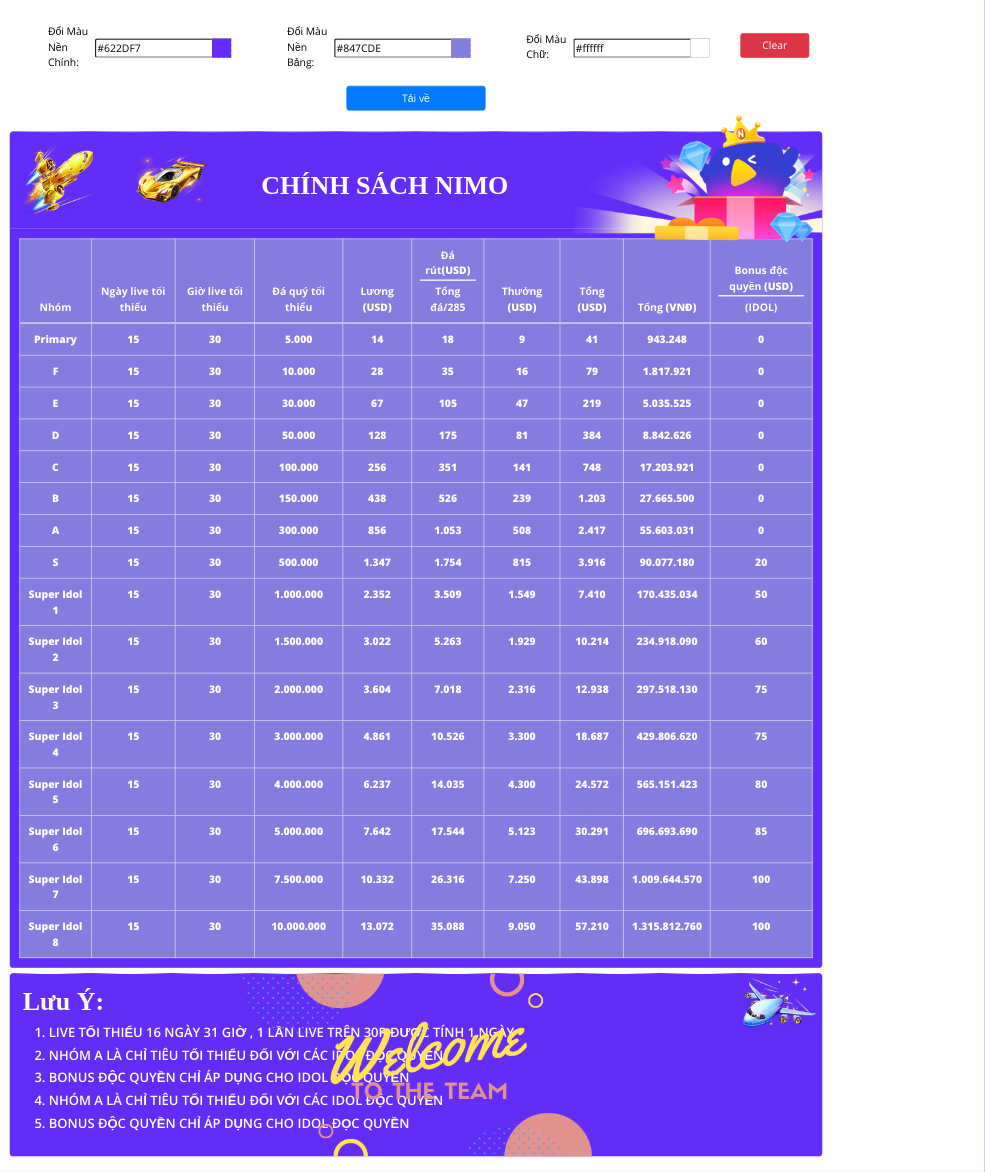
Repository: dav1601/nimo-work
Page: index.html
These files come from the project's save history. The page is drawn as it stood at one moment and after the next save; the edit follows.
The browser window is 1280 px wide. The page is 1515 px wide, so the pictures cover 1515 px, including what lies to the right of the window. The pictures show the whole page, at 65% of full size.

Above is the page before, as saved 2022-04-15 21:24:11.

### index.html
<!DOCTYPE html>
<html lang="en">

<head>
    <meta charset="UTF-8">
    <meta http-equiv="X-UA-Compatible" content="IE=edge">
    <meta name="viewport" content="width=device-width, initial-scale=1.0">
    <link rel="icon"
        href="https://res.cloudinary.com/vanh-tech/image/upload/v1649967750/201907151563178378869_1599513750510_avatar-2_hbsqzz.png"
        type="image/png">
    <link rel="stylesheet" href="https://cdn.jsdelivr.net/npm/bootstrap@4.6.1/dist/css/bootstrap.min.css"
        integrity="sha384-zCbKRCUGaJDkqS1kPbPd7TveP5iyJE0EjAuZQTgFLD2ylzuqKfdKlfG/eSrtxUkn" crossorigin="anonymous">
    <link rel="stylesheet" href="./Coloris-main/dist/coloris.min.css">
    <script src="https://cdn.jsdelivr.net/npm/jquery@3.5.1/dist/jquery.slim.min.js"
        integrity="sha384-DfXdz2htPH0lsSSs5nCTpuj/zy4C+OGpamoFVy38MVBnE+IbbVYUew+OrCXaRkfj"
        crossorigin="anonymous"></script>
    <script src="https://cdn.jsdelivr.net/npm/popper.js@1.16.1/dist/umd/popper.min.js"
        integrity="sha384-9/reFTGAW83EW2RDu2S0VKaIzap3H66lZH81PoYlFhbGU+6BZp6G7niu735Sk7lN"
        crossorigin="anonymous"></script>
    <script src="https://cdn.jsdelivr.net/npm/bootstrap@4.6.1/dist/js/bootstrap.min.js"
        integrity="sha384-VHvPCCyXqtD5DqJeNxl2dtTyhF78xXNXdkwX1CZeRusQfRKp+tA7hAShOK/B/fQ2"
        crossorigin="anonymous"></script>
    <script src="https://cdnjs.cloudflare.com/ajax/libs/jquery/3.6.0/jquery.min.js"
        integrity="sha512-894YE6QWD5I59HgZOGReFYm4dnWc1Qt5NtvYSaNcOP+u1T9qYdvdihz0PPSiiqn/+/3e7Jo4EaG7TubfWGUrMQ=="
        crossorigin="anonymous" referrerpolicy="no-referrer"></script>
    <script src="https://cdnjs.cloudflare.com/ajax/libs/html2canvas/1.4.1/html2canvas.min.js"
        integrity="sha512-BNaRQnYJYiPSqHHDb58B0yaPfCu+Wgds8Gp/gU33kqBtgNS4tSPHuGibyoeqMV/TJlSKda6FXzoEyYGjTe+vXA=="
        crossorigin="anonymous" referrerpolicy="no-referrer"></script>
    <script src="./Coloris-main/dist/coloris.min.js"></script>


    <title>Chính sách Nimo</title>
</head>

<body>
    <script>
        $(function () {
            $("#color-1").val("#622DF7");
            $("#color-2").val("#847CDE");
            $("#color-3").val("#ffffff");
            $(document).on('change', "#color-1", function () {
                document.documentElement.style.setProperty('--bg-main', $(this).val());
            });
            $(document).on('change', "#color-2", function () {
                document.documentElement.style.setProperty('--bg-table', $(this).val());
            });
            $(document).on('change', "#color-3", function () {
                document.documentElement.style.setProperty('--text-color', $(this).val());
            });
            $("#clear").click(function (e) {
                e.preventDefault();
                $("#color-1").val("#622DF7").change();
                $("#color-2").val("#847CDE").change();
                $("#color-3").val("#ffffff").change();


            });
            Coloris({
                el: '.coloris',
                format: 'hex',
                theme: 'large',
                themeMode: 'dark',
                clearButton: {
                    show: true,
                    label: 'Clear'
                },
            });
            const main = document.documentElement.style.setProperty('--bg-main', '#622DF7');
            const table = document.documentElement.style.setProperty('--bg-table', '#847CDE');
            const text = document.documentElement.style.setProperty('--text-color', '#ffffff');
            $("#down").click(function () {
                html2canvas(document.getElementById("export")).then(function (canvas) {
                    var anchorTag = document.createElement("a");
                    document.body.appendChild(anchorTag);
                    anchorTag.download = "nimo-thuy-do.png";
                    anchorTag.href = canvas.toDataURL();
                    anchorTag.target = '_blank';
                    anchorTag.click();
                });
            });
        });
    </script>
    <style>
        @import url('https://fonts.googleapis.com/css2?family=Open+Sans:ital,wght@0,300;0,400;0,500;0,600;0,700;0,800;1,300;1,400;1,500;1,600;1,700;1,800&display=swap');
        @import url('https://fonts.googleapis.com/css2?family=Montserrat:ital,wght@0,100;0,200;0,300;0,400;0,500;0,600;0,700;0,800;0,900;1,100;1,200;1,300;1,400;1,500;1,600;1,700;1,800&display=swap');
        @import url('https://fonts.googleapis.com/css2?family=Pacifico&display=swap');

        :root {
            --bg-main: #622DF7;
            --bg-table: #847CDE;
            --text-color: #ffffff;
        }

        body {
            color: var(--text-color);
            font-family: 'Open Sans', sans-serif;

        }



        h1 {
            font-family: 'Monument', cursive;
            font-weight: 900;
        }

        header {
            height: auto;
            /* overflow: hidden; */
            padding: 20px;
            background: var(--bg-main);
            height: 150px;
            box-shadow: 0 3px 5px rgba(0, 0, 0, 0.05);
            border-top-left-radius: 6px;
            border-top-right-radius: 6px;
            position: relative;
        }

        footer {
            height: auto;
            padding: 20px;
            background: var(--bg-main);
            box-shadow: 0 3px 5px rgba(0, 0, 0, 0.05);
            border-radius: 6px;
            position: relative;
        }

        .img-1 {
            top: 20px;
        }

        .img-2 {
            right: 385px;
            top: -40px;
        }

        .img-3 {
            left: 165px;
            top: 20px;
        }

        .img-4 {
            right: 600px;
            top: 20px;
        }

        .img-5 {
            left: 320px;
            top: 15px;
        }

        .img-6 {
            left: 480px;
            top: 14px;
        }

        .img-7 {
            right: 0;
            top: -25px;
        }

        .nimo-9 {
            right: 10px;
            top: -15px;
        }

        .nimo-10 {
            right: 60px;
            top: 1px;
        }

        .table {
            color: var(--text-color);
            background: var(--bg-table);
            font-family: 'Open Sans', sans-serif;
            text-align: center;
            font-size: 16px;
            font-weight: 900;
        }

        li {
            font-size: 20px;
            text-transform: uppercase;
            margin-bottom: 5px;
        }

        header:before,
        header:after,
        footer:before,
        footer:after {
            content: "";
            height: 2px;
            position: absolute;
            left: 0;
            right: 0;
            clip-path: polygon(0% 0%, 5% 100%, 10% 0%, 15% 100%, 20% 0%, 25% 100%, 30% 0%, 35% 100%, 40% 0%, 45% 100%, 50% 0%, 55% 100%, 60% 0%, 65% 100%, 70% 0%, 75% 100%, 80% 0%, 85% 100%, 90% 0%, 95% 100%, 100% 0%);
            ;
        }

        header:before,
        footer:before {
            background-color: var(--text-color);
            top: 0;
        }

        /* header:after,
        footer::after {
            background-color: #622DF7;
            bottom: -1px;
        } */
        label {
            color: black;
        }

        input {
            border-radius: 4px;
            outline: none;
            border-color: none;
        }

        #table {
            padding: 15px;
            background: var(--bg-main);
            border-bottom-left-radius: 6px;
            border-bottom-right-radius: 6px;
        }

        .main-header {
            margin-top: 2.5rem !important;
        }

        @media only screen and (max-width: 1366px) {

            .img-2,
            .img-6,
            .img-5 {
                display: none;
            }

            .img-4 {
                right: 14px;
            }

            .img-3 {
                left: 192px;
                top: 20px;
            }

            .nimo-10 {
                right: -250px;
                top: 1px;
            }

            .img-7 {
                right: 0px;
                top: -25px;
            }

        }

        @media only screen and (max-width: 1080px) {
            .img-4 {
                display: none;
            }

            .img-3 {
                left: 130px;
                top: 20px;
            }

            .nimo-10 {
                right: -454px;
                top: 1px;
            }

            .nimo-9 {
                display: none;
            }


        }

        @media only screen and (max-width: 1024px) {
            .img-3 {
                display: none;
            }

            .img-1 {
                left: 65px;
            }
        }
    </style>
    <div id="wrapper">
        <div class="row mx-0 justify-content-center align-items-center my-2">
            <div class="form-group col-3 mx-4 mt-4 d-flex align-items-center justify-content-center ">
                <label for="1" class="mx-2 d-block mt-1">Đổi Màu Nền Chính:</label>
                <input type="text" class="coloris" id="color-1" value="" />
            </div>
            <div class="form-group col-3 mx-4 mt-4 d-flex align-items-center justify-content-center ">
                <label for="2" class="mx-2 d-block mt-1">Đổi Màu Nền Bảng:</label>
                <input type="text" id="color-2" class="coloris" value="" />
            </div>
            <div class="form-group col-3 mx-4 mt-4 d-flex align-items-center justify-content-center ">
                <label for="3" class="mx-2 d-block mt-1">Đổi Màu Chữ:</label>
                <input type="text" id="color-3" class="coloris" value="" />
            </div>
            <button type="button" class="btn btn-danger mx-2 col-1" id="clear">Clear</button>
            <button type="button" class="btn btn-primary col-2" id="down">Tải về</button>
        </div>
        <div class="container-fluid py-4" id="export">
            <header>
                <div class="img-2 position-absolute">
                    <img src="img/img-5.gif" alt="">
                </div>
                <div class="img-1 position-absolute">
                    <img src="img/img-1.webp" alt="">
                </div>
                <div class="img-5 position-absolute">
                    <img src="img/img-3.webp" alt="">
                </div>
                <div class="img-6 position-absolute">
                    <img src="img/img-7.png" alt="">
                </div>
                <div class="img-3 position-absolute">
                    <img src="img/img-2.webp" alt="" width="112" height="112">
                </div>
                <div class="img-4 position-absolute">
                    <img src="img/img-4.png" alt="" width="112" height="112">
                </div>
                <div class="img-7 position-absolute">
                    <img src="img/img-6.png" alt="">
                </div>
                <div class="d-flex justify-content-center align-items-center">
                    <h1 class="text-center text-uppercase   d-inline-block main-header"
                        style="margin-right: 6rem!important;">
                        Chính sách Nimo</h1>
                </div>
            </header>
            <div id="table">
                <table class="table table-bordered mb-0">
                    <thead>
                        <tr>
                            <th scope="col">Nhóm</th>
                            <th scope="col">Ngày live tối thiểu</th>
                            <th scope="col">Giờ live tối thiểu</th>
                            <th scope="col">Đá quý tối thiểu</th>
                            <th scope="col">Lương <strong>(USD)</strong></th>
                            <th scope="col" class=""><span class="d-block mb-1"
                                    style="border-bottom: 2px solid var(--text-color); padding-bottom: 2px ;">Đá
                                    rút<strong>(USD)</strong></span><span>Tổng đá/285</span>
                            </th>
                            <th scope="col">Thưởng <strong>(USD)</strong></th>
                            <th scope="col">Tổng <strong>(USD)</strong></th>
                            <th scope="col">Tổng <strong>(VNĐ)</strong></th>
                            <th scope="col" class=""><span class="d-block mb-1"
                                    style="border-bottom: 2px solid var(--text-color); padding-bottom: 2px ;">Bonus độc
                                    quyền <strong>(USD)</strong></span><span>(IDOL)</span></th>
                        </tr>
                    </thead>
                    <tbody>
                        <tr>
                            <td>Primary</td>
                            <td>15</td>
                            <td>30</td>
                            <td>5.000</td>
                            <td>14</td>
                            <td>18</td>
                            <td>9</td>
                            <td>41</td>
                            <td>943.248</td>
                            <td>0</td>
                        </tr>
                        <tr>
                            <td>F</td>
                            <td>15</td>
                            <td>30</td>
                            <td>10.000</td>
                            <td>28</td>
                            <td>35</td>
                            <td>16</td>
                            <td>79</td>
                            <td>1.817.921</td>
                            <td>0</td>
                        </tr>
                        <tr>
                            <td>E</td>
                            <td>15</td>
                            <td>30</td>
                            <td>30.000</td>
                            <td>67</td>
                            <td>105</td>
                            <td>47</td>
                            <td>219</td>
                            <td>5.035.525</td>
                            <td>0</td>
                        </tr>
                        <tr>
                            <td>D</td>
                            <td>15</td>
                            <td>30</td>
                            <td>50.000</td>
                            <td>128</td>
                            <td>175</td>
                            <td>81</td>
                            <td>384</td>
                            <td>8.842.626</td>
                            <td>0</td>
                        </tr>
                        <tr>
                            <td>C</td>
                            <td>15</td>
                            <td>30</td>
                            <td>100.000</td>
                            <td>256</td>
                            <td>351</td>
                            <td>141</td>
                            <td>748</td>
                            <td>17.203.921</td>
                            <td>0</td>
                        </tr>
                        <tr>
                            <td>B</td>
                            <td>15</td>
                            <td>30</td>
                            <td>150.000</td>
                            <td>438</td>
                            <td>526</td>
                            <td>239</td>
                            <td>1.203</td>
                            <td>27.665.500</td>
                            <td>0</td>
                        </tr>
                        <tr>
                            <td>A</td>
                            <td>15</td>
                            <td>30</td>
                            <td>300.000</td>
                            <td>856</td>
                            <td>1.053</td>
                            <td>508</td>
                            <td>2.417</td>
                            <td>55.603.031</td>
                            <td>0</td>
                        </tr>
                        <tr>
                            <td>S</td>
                            <td>15</td>
                            <td>30</td>
                            <td>500.000</td>
                            <td>1.347</td>
                            <td>1.754</td>
                            <td>815</td>
                            <td>3.916</td>
                            <td>90.077.180</td>
                            <td>20</td>
                        </tr>
                        <tr>
                            <td class="sp">Super Idol 1</td>
                            <td>15</td>
                            <td>30</td>
                            <td>1.000.000</td>
                            <td>2.352</td>
                            <td>3.509</td>
                            <td>1.549</td>
                            <td>7.410</td>
                            <td>170.435.034</td>
                            <td>50</td>
                        </tr>
                        <tr>
                            <td class="sp">Super Idol 2</td>
                            <td>15</td>
                            <td>30</td>
                            <td>1.500.000</td>
                            <td>3.022</td>
                            <td>5.263</td>
                            <td>1.929</td>
                            <td>10.214</td>
                            <td>234.918.090</td>
                            <td>60</td>
                        </tr>
                        <tr>
                            <td class="sp">Super Idol 3</td>
                            <td>15</td>
                            <td>30</td>
                            <td>2.000.000</td>
                            <td>3.604</td>
                            <td>7.018</td>
                            <td>2.316</td>
                            <td>12.938</td>
                            <td>297.518.130</td>
                            <td>75</td>
                        </tr>
                        <tr>
                            <td class="sp">Super Idol 4</td>
                            <td>15</td>
                            <td>30</td>
                            <td>3.000.000</td>
                            <td>4.861</td>
                            <td>10.526</td>
                            <td>3.300</td>
                            <td>18.687</td>
                            <td>429.806.620</td>
                            <td>75</td>
                        </tr>
                        <tr>
                            <td class="sp">Super Idol 5</td>
                            <td>15</td>
                            <td>30</td>
                            <td>4.000.000</td>
                            <td>6.237</td>
                            <td>14.035</td>
                            <td>4.300</td>
                            <td>24.572</td>
                            <td>565.151.423</td>
                            <td>80</td>
                        </tr>
                        <tr>
                            <td class="sp">Super Idol 6</td>
                            <td>15</td>
                            <td>30</td>
                            <td>5.000.000</td>
                            <td>7.642</td>
                            <td>17.544</td>
                            <td>5.123</td>
                            <td>30.291</td>
                            <td>696.693.690</td>
                            <td>85</td>
                        </tr>
                        <tr>
                            <td class="sp">Super Idol 7</td>
                            <td>15</td>
                            <td>30</td>
                            <td>7.500.000</td>
                            <td>10.332</td>
                            <td>26.316</td>
                            <td>7.250</td>
                            <td>43.898</td>
                            <td>1.009.644.570</td>
                            <td>100</td>
                        </tr>
                        <tr>
                            <td class="sp">Super Idol 8</td>
                            <td>15</td>
                            <td>30</td>
                            <td>10.000.000</td>
                            <td>13.072</td>
                            <td>35.088</td>
                            <td>9.050</td>
                            <td>57.210</td>
                            <td>1.315.812.760</td>
                            <td>100</td>
                        </tr>


                    </tbody>
                </table>
            </div>
            <footer class="mt-2">
                <div class="nimo-9 position-absolute">
                    <img src="img/img-8.webp" alt="">
                </div>
                <div class="nimo-10 position-absolute">
                    <img src="img/img-9.png" alt="">
                </div>
                <h1>Lưu Ý:</h1>
                <ol style="font-weight: 600;">
                    <li>live tối thiểu 16 ngày 31 giờ , 1 lần live trên 30p được tính 1 ngày</li>
                    <li>Nhóm A là chỉ tiêu tối thiểu đối với các idol độc quyền</li>
                    <li>Bonus độc quyền chỉ áp dụng cho idol đọc quyền</li>
                    <li>Nhóm A là chỉ tiêu tối thiểu đối với các idol độc quyền</li>
                    <li>Bonus độc quyền chỉ áp dụng cho idol đọc quyền</li>
                </ul>
            </footer>
        </div>
    </div>

</body>


</html>

Loaded but not shown: Coloris-main/dist/coloris.min.css (library); Coloris-main/dist/coloris.min.js (library)

After the next save:
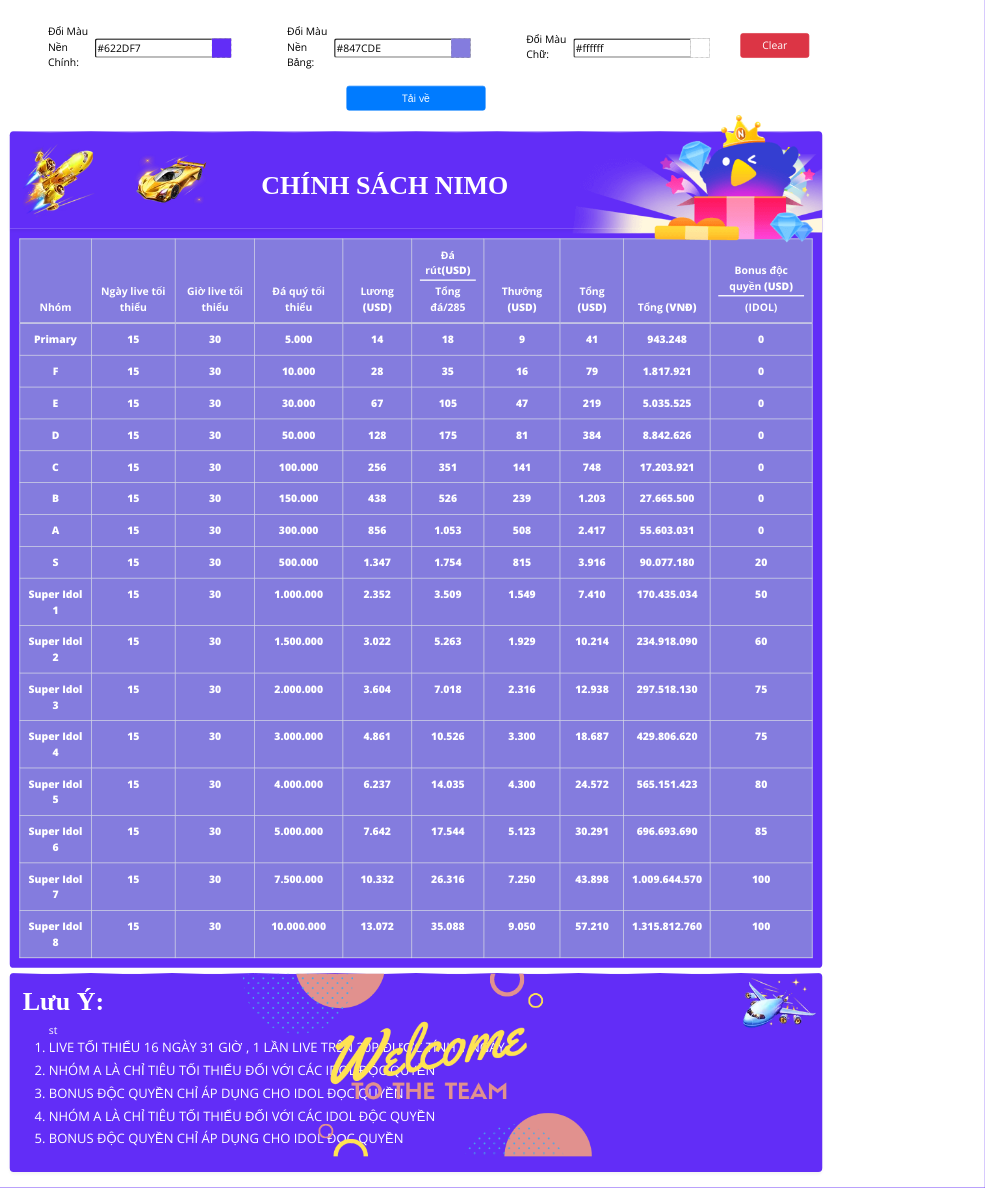
Saved 7 s later.
--- a/index.html
+++ b/index.html
@@ -563,7 +563,8 @@
                     <img src="img/img-9.png" alt="">
                 </div>
                 <h1>Lưu Ý:</h1>
-                <ol style="font-weight: 600;">
+                <ol>
+                    st
                     <li>live tối thiểu 16 ngày 31 giờ , 1 lần live trên 30p được tính 1 ngày</li>
                     <li>Nhóm A là chỉ tiêu tối thiểu đối với các idol độc quyền</li>
                     <li>Bonus độc quyền chỉ áp dụng cho idol đọc quyền</li>
